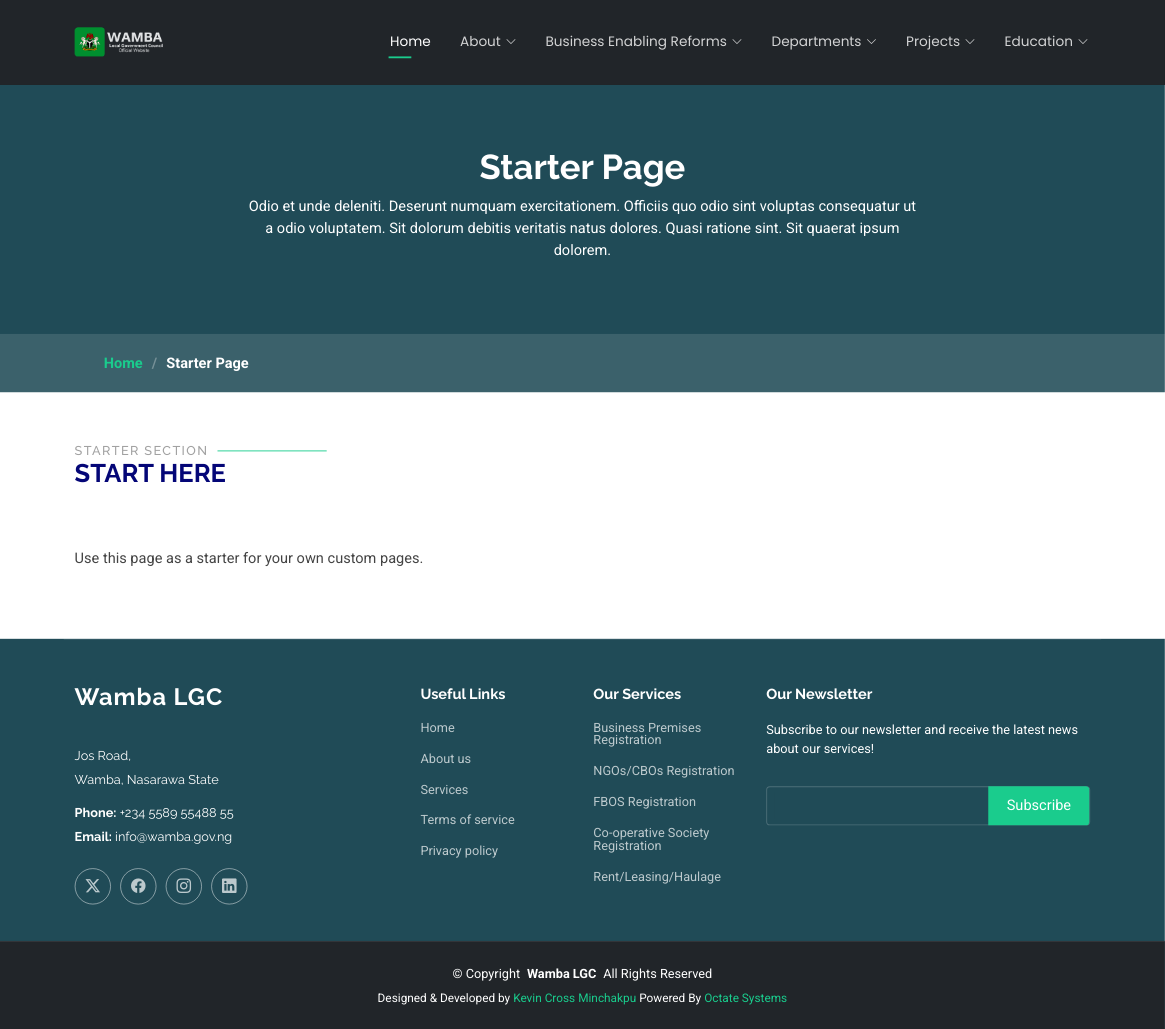
Repository: GlorifiedIntel/wamba-lgc
Page: template.html
An editor plug-in stored every save of this project. The page is shown before and after the next save, followed by the edit.
The browser window is 1280 px wide. The pictures show the whole page, at 91% of full size.

Above is the page before, as saved 2025-02-06 03:44:07.
Console error: TypeError: Cannot read properties of null (reading 'click')

### template.html
<!DOCTYPE html>
<html lang="en">

<head>
  <meta charset="utf-8">
  <meta http-equiv="X-UA-Compatible" content="IE=edge">
  <meta name="viewport" content="width=device-width, initial-scale=1.0">
  <meta name="format-detection" content="telephone=no">
  <meta name="apple-mobile-web-app-capable" content="yes">
  <meta name="author" content="Kevin Cross Minchakpu">
  <meta name="keywords" content="Wamba, Nasarawa, Industry, Trade, Investment, Entrepreneur">
  <meta name="description" content="Wamba Local Government Council is one of the administrative divisions within Nasarawa State, Nigeria. It is located in the northern part of the state and is predominantly inhabited by diverse ethnic groups, including Rindre, and other indigenous communities.Wamba Local Government Council is one of the administrative divisions within Nasarawa State, Nigeria. It is located in the northern part of the state and is predominantly inhabited by diverse ethnic groups, including Rindre, and other indigenous communities.">
  <title>Wamba Local Government Council</title>
  <!-- Favicons -->
  <link href="assets/img/favicon.png" rel="icon">
  <link href="assets/img/apple-touch-icon.png" rel="apple-touch-icon">

  <!-- Fonts -->
  <link href="https://fonts.googleapis.com" rel="preconnect">
  <link href="https://fonts.gstatic.com" rel="preconnect" crossorigin>
  <link href="https://fonts.googleapis.com/css2?family=Roboto:ital,wght@0,100;0,300;0,400;0,500;0,700;0,900;1,100;1,300;1,400;1,500;1,700;1,900&family=Poppins:ital,wght@0,100;0,200;0,300;0,400;0,500;0,600;0,700;0,800;0,900;1,100;1,200;1,300;1,400;1,500;1,600;1,700;1,800;1,900&family=Raleway:ital,wght@0,100;0,200;0,300;0,400;0,500;0,600;0,700;0,800;0,900;1,100;1,200;1,300;1,400;1,500;1,600;1,700;1,800;1,900&display=swap" rel="stylesheet">

  <!-- Vendor CSS Files -->
  <link href="assets/vendor/bootstrap/css/bootstrap.min.css" rel="stylesheet">
  <link href="assets/vendor/bootstrap-icons/bootstrap-icons.css" rel="stylesheet">
  <link href="assets/vendor/aos/aos.css" rel="stylesheet">
  <link href="assets/vendor/glightbox/css/glightbox.min.css" rel="stylesheet">
  <link href="assets/vendor/swiper/swiper-bundle.min.css" rel="stylesheet">

  <!-- Main CSS File -->
  <link href="assets/css/main.css" rel="stylesheet">
</head>

<body class="index-page">
  <header id="header" class="header d-flex align-items-center fixed-top bg-dark">
    <div class="container-fluid container-xl position-relative d-flex align-items-center justify-content-between">
      <a href="index.html" class="logo d-flex align-items-center">
        <img src="assets/img/wamba-logo-2.png" alt="Logo" >
      </a>
      <nav id="navmenu" class="navmenu">
        <ul>
          <li><a href="index.html" class="active">Home</a></li>
          <li class="dropdown"><a href="about-mtii.html"><span>About</span> <i class="bi bi-chevron-down toggle-dropdown"></i></a>
            <ul>
              <li><a href="about-wamba.html">Wamba LGC</a></li>
                  <li><a href="wamba-history.html">Wamba History</a></li>
                  <li><a href="the-chairman.html" >The Executive Chairman</a></li>
                  <li><a href="the-deputy.html" >The Deputy Chairman</a></li>
                  <li><a href="the-secretary.html" >The Secretary</a></li>
                  <li><a href="directors.html" >Our Legislators</a></li>
                  <li><a href="contact-us.html" >Our Contact</a></li>
            </ul>
          </li>

          <li class="dropdown"><a href="#"><span>Business Enabling Reforms</span> <i class="bi bi-chevron-down toggle-dropdown"></i></a>
            <ul>
              <li><a href="business-plans.html">Business Enabling Action Plan</a></li>
                  <li><a href="grievance.html">Grievance Redress Mechanism</a></li>
                  <li><a href="application-guidelines.html" >Application Guidelines</a></li>
                  <li><a href="legal-framework.html" >Legal Framework</a></li>
                  <li><a href="investment-opportunities.html" >Investment Opportunities</a></li>
              </ul>
          </li>

          <li class="dropdown"><a href="departments.html"><span>Departments</span> <i class="bi bi-chevron-down toggle-dropdown"></i></a>
            <ul>
              <li><a href="admin.html">Administration</a></li>
              <li><a href="agriculture.html">Agriculture and Natural Resources</a></li>
              <li><a href="education.html">Education</a></li>
              <li><a href="environment.html">Environmental Services</a></li>
              <li><a href="finance.html">Finance and Accounts</a></li>
              <li><a href="health.html">Health</a></li>
              <li><a href="all-departments.html">More Departments</a></li>
             </ul>
          </li>

          <li class="dropdown"><a href="projects.html"><span>Projects</span> <i class="bi bi-chevron-down toggle-dropdown"></i></a>
            <ul>
              <li><a href="completed.html">Completed Projects</a></li>
                  <li><a href="ongoing.html">Ongoing Projects</a></li>
                  <li><a href="proposed.html" >Proposed Projects</a></li>
            </ul>
          </li>

          <li class="dropdown"><a href="registration.html"><span>Education</span> <i class="bi bi-chevron-down toggle-dropdown"></i></a>
            <ul>
              <li><a href="ubec.html">UBEC</a></li>
                  <li><a href="secondary-schools.html">Secondary Schools</a></li>
                  <li><a href="private-schools.html" >Private Schools</a></li>
                  <li><a href="relevant-tech.html" >Relevant Technology</a></li>
                  <li><a href="faqs.html" >FAQs</a></li>
            </ul>
          </li>
        </ul>
        <i class="mobile-nav-toggle d-xl-none bi bi-list"></i>
      </nav>

    </div>
  </header>

  <main class="main">

    <!-- Page Title -->
    <div class="page-title dark-background" data-aos="fade">
      <div class="heading">
        <div class="container">
          <div class="row d-flex justify-content-center text-center">
            <div class="col-lg-8">
              <h1>Starter Page</h1>
              <p class="mb-0">Odio et unde deleniti. Deserunt numquam exercitationem. Officiis quo odio sint voluptas consequatur ut a odio voluptatem. Sit dolorum debitis veritatis natus dolores. Quasi ratione sint. Sit quaerat ipsum dolorem.</p>
            </div>
          </div>
        </div>
      </div>
      <nav class="breadcrumbs">
        <div class="container">
          <ol>
            <li><a href="index.html">Home</a></li>
            <li class="current">Starter Page</li>
          </ol>
        </div>
      </nav>
    </div><!-- End Page Title -->

    <!-- Starter Section Section -->
    <section id="starter-section" class="starter-section section">

      <!-- Section Title -->
      <div class="container section-title" data-aos="fade-up">
        <h2>Starter Section</h2>
        <div>
          Start here
        </div>
      </div><!-- End Section Title -->

      <div class="container" data-aos="fade-up">
        <p>Use this page as a starter for your own custom pages.</p>
      </div>

    </section><!-- /Starter Section Section -->

  </main>
  <!--Main End-->

<!--Footer Start-->
<footer id="footer" class="footer dark-background">

  <div class="container footer-top">
    <div class="row gy-4">
      <div class="col-lg-4 col-md-6 footer-about">
        <a href="index.html" class="logo d-flex align-items-center">
          <span class="sitename">Wamba LGC</span>
        </a>
        <div class="footer-contact pt-3">
         <p>Jos Road,</p>
          <p>Wamba, Nasarawa State </p>
          <p class="mt-3"><strong>Phone:</strong> <span>+234 5589 55488 55</span></p>
          <p><strong>Email:</strong> <span>info@wamba.gov.ng</span></p>
        </div>
        <div class="social-links d-flex mt-4">
          <a href="" title="Twitter"><i class="bi bi-twitter-x"></i></a>
          <a href="" title="Facebook"><i class="bi bi-facebook"></i></a>
          <a href="" title="Instagram"><i class="bi bi-instagram"></i></a>
          <a href="" title="LinkedIn"><i class="bi bi-linkedin"></i></a>
        </div>
      </div>

      <div class="col-lg-2 col-md-3 footer-links">
        <h4>Useful Links</h4>
        <ul>
          <li><a href="index.html">Home</a></li>
          <li><a href="about-mtii.html">About us</a></li>
          <li><a href="services.html">Services</a></li>
          <li><a href="terms-of-use.html">Terms of service</a></li>
          <li><a href="privacy-policy.html">Privacy policy</a></li>
        </ul>
      </div>

      <div class="col-lg-2 col-md-3 footer-links">
        <h4>Our Services</h4>
        <ul>
          <li><a href="business-premises.html">Business Premises Registration</a></li>
          <li><a href="ngo-cbo-registration.html">NGOs/CBOs Registration</a></li>
          <li><a href="fbo-registration.html">FBOS Registration</a></li>
          <li><a href="cooperative-registration.html">Co-operative Society Registration</a></li>
          <li><a href="rent.html">Rent/Leasing/Haulage</a></li>
        </ul>
      </div>

      <div class="col-lg-4 col-md-12 footer-newsletter">
        <h4>Our Newsletter</h4>
        <p>Subscribe to our newsletter and receive the latest news about our services!</p>
        <form action="forms/newsletter.php" method="post" class="php-email-form">
          <div class="newsletter-form"><input type="email" name="email"><input type="submit" value="Subscribe"></div>
          <div class="loading">Loading</div>
          <div class="error-message"></div>
          <div class="sent-message">Your subscription request has been sent. Thank you!</div>
        </form>
      </div>

    </div>
  </div>

  <div class="container-fluid copyright text-center mt-4 bg-dark">
    <p>© <span>Copyright</span> <strong class="px-1 sitename">Wamba LGC</strong> <span>All Rights Reserved</span></p>
    <div class="credits">
      Designed & Developed by <a href="https://kevinomics.com/">Kevin Cross Minchakpu</a> Powered By <a href="https://octatesystems.com">Octate Systems</a>
    </div>
  </div>

</footer>

<!-- Scroll Top -->

<button id="scroll-top" class="scroll-top d-flex bg-dark align-items-center justify-content-center" title="Scroll to top"><i class="bi bi-arrow-up-short"></i></button>
<!-- Preloader -->
<div id="preloader"></div>

<!-- Vendor JS Files -->
<script src="assets/vendor/bootstrap/js/bootstrap.bundle.min.js"></script>
<script src="assets/vendor/php-email-form/validate.js"></script>
<script src="assets/vendor/aos/aos.js"></script>
<script src="assets/vendor/glightbox/js/glightbox.min.js"></script>
<script src="assets/vendor/purecounter/purecounter_vanilla.js"></script>
<script src="assets/vendor/swiper/swiper-bundle.min.js"></script>

<!-- Main JS File -->
<script src="assets/js/main.js"></script>
<script src="assets/js/reforms.js"></script>

</body>

</html>

Loaded but not shown: assets/vendor/bootstrap/css/bootstrap.min.css (library); assets/vendor/bootstrap-icons/bootstrap-icons.css (library); assets/vendor/aos/aos.css (library); assets/vendor/glightbox/css/glightbox.min.css (library); assets/vendor/swiper/swiper-bundle.min.css (library); assets/vendor/bootstrap/js/bootstrap.bundle.min.js (library); assets/vendor/php-email-form/validate.js (common file); assets/vendor/aos/aos.js (library); assets/vendor/glightbox/js/glightbox.min.js (library); assets/vendor/purecounter/purecounter_vanilla.js (library); assets/vendor/swiper/swiper-bundle.min.js (library); assets/js/main.js (181 lines, source omitted); assets/js/reforms.js (43 lines, source omitted); assets/css/main.css (1741 lines, source omitted)

After the next save:
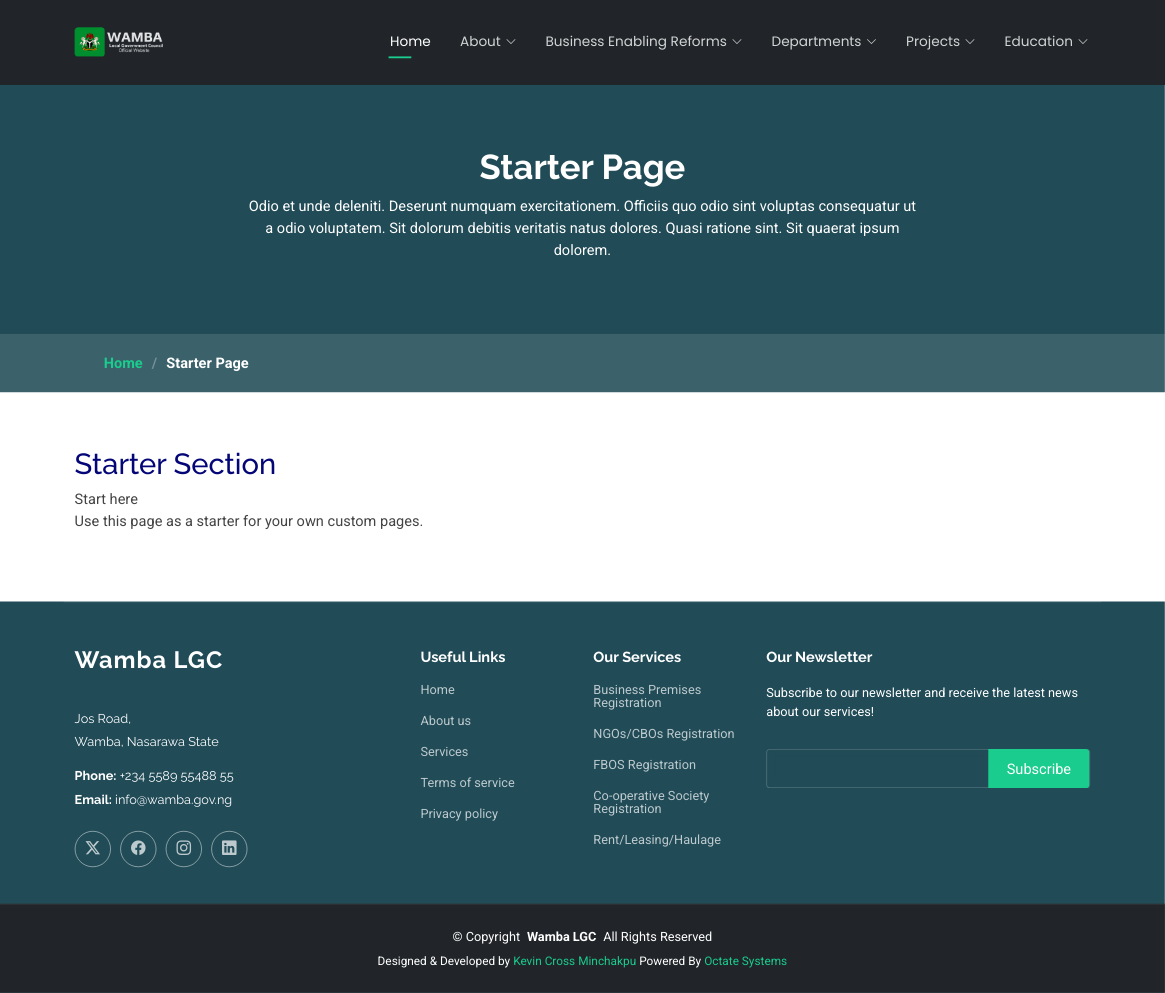
Saved 40 s later.
--- a/template.html
+++ b/template.html
@@ -126,7 +126,7 @@
     <section id="starter-section" class="starter-section section">
 
       <!-- Section Title -->
-      <div class="container section-title" data-aos="fade-up">
+      <div class="container">
         <h2>Starter Section</h2>
         <div>
           Start here
